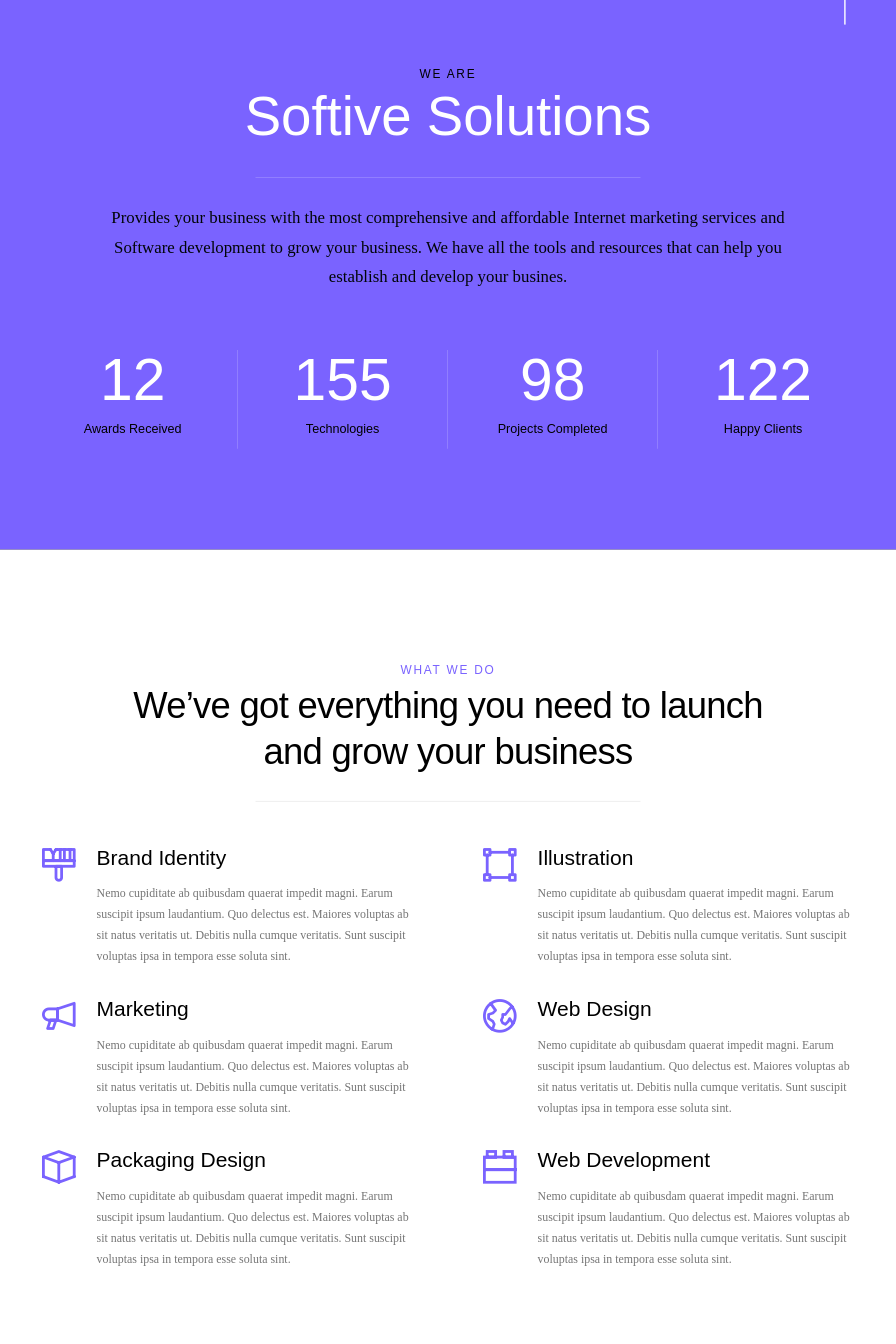
Repository: ahsankalim09/light-Agency
Page: index.html
An editor plug-in stored every save of this project. The page is shown before and after the next save, followed by the edit.
The browser window is 1280 px wide. The pictures show the part of the page from y = 853 to 2773 px (the page is 8363 px tall before and 8360 px after), at 70% of full size.
Some web fonts or font styles are not loaded; a fallback is used.

Above is the page before, as saved 2020-12-27 19:29:13.

### index.html
<!DOCTYPE html>
<!--[if lt IE 9 ]><html class="no-js oldie" lang="en"> <![endif]-->
<!--[if IE 9 ]><html class="no-js oldie ie9" lang="en"> <![endif]-->
<!--[if (gte IE 9)|!(IE)]><!-->
<html class="no-js" lang="en">
<!--<![endif]-->

<!-- Mirrored from preview.colorlib.com/theme/Softive Solutions/ by HTTrack Website Copier/3.x [XR&CO'2014], Sun, 27 Dec 2020 13:01:51 GMT -->
<head>

<meta charset="utf-8">
<title>Softive Solutions</title>
<meta name="description" content="">
<meta name="author" content="">

<meta name="viewport" content="width=device-width, initial-scale=1">

<link rel="stylesheet" href="css/base.css">
<link rel="stylesheet" href="css/vendor.css">
<link rel="stylesheet" href="css/main.css">

<script src="js/modernizr.js"></script>
<script src="js/pace.min.js"></script>

<link rel="shortcut icon" href="favicon.ico" type="image/x-icon">
<link rel="icon" href="favicon.ico" type="image/x-icon">
</head>
<body id="top">

<header class="s-header">
<div class="header-logo">
<a class="site-logo" href="index-2.html">
<img src="images/logo.png" alt="Homepage">
</a>
</div>
<nav class="header-nav">
<a href="#0" class="header-nav__close" title="close"><span>Close</span></a>
<div class="header-nav__content">
<h3>Navigation</h3>
<ul class="header-nav__list">
<li class="current"><a class="smoothscroll" href="#home" title="home">Home</a></li>
<li><a class="smoothscroll" href="#about" title="about">About</a></li>
<li><a class="smoothscroll" href="#services" title="services">Services</a></li>
<li><a class="smoothscroll" href="#works" title="works">Works</a></li>
<li><a class="smoothscroll" href="#clients" title="clients">Clients</a></li>
<li><a class="smoothscroll" href="#contact" title="contact">Contact</a></li>
</ul>
<p>Perspiciatis hic praesentium nesciunt. Et neque a dolorum <a href='#0'>voluptatem</a> porro iusto sequi veritatis libero enim. Iusto id suscipit veritatis neque reprehenderit.</p>
<ul class="header-nav__social">
<li>
<a href="#"><i class="fa fa-facebook"></i></a>
</li>
<li>
<a href="#"><i class="fa fa-twitter"></i></a>
</li>
<li>
<a href="#"><i class="fa fa-instagram"></i></a>
</li>
<li>
<a href="#"><i class="fa fa-behance"></i></a>
</li>
<li>
<a href="#"><i class="fa fa-dribbble"></i></a>
</li>
</ul>
</div>
</nav>
<a class="header-menu-toggle" href="#0">
<span class="header-menu-text">Menu</span>
<span class="header-menu-icon"></span>
</a>
</header>

<section id="home" class="s-home target-section" data-parallax="scroll" data-image-src="images/hero-bg.jpg" data-natural-width=3000 data-natural-height=2000 data-position-y=center>
<div class="overlay"></div>
<div class="shadow-overlay"></div>
<div class="home-content">
<div class="row home-content__main">
<h3>Welcome to Softive Solutions</h3>
<h2 style="color: white;">
We are a creative group <br>
Influential brands and digital experiences <br>
for Website, Desktop and mobile applications.
</h2 >
<div class="home-content__buttons">
<a href="#contact" class="smoothscroll btn btn--stroke">
Start a Project
</a>
<a href="#about" class="smoothscroll btn btn--stroke">
More About Us
</a>
</div>
</div>
<div class="home-content__scroll">
<a href="#about" class="scroll-link smoothscroll">
<span>Scroll Down</span>
</a>
</div>
<div class="home-content__line"></div>
</div>
<ul class="home-social">
<li>
<a href="#0"><i class="fa fa-facebook" aria-hidden="true"></i><span>Facebook</span></a>
</li>
<li>
<a href="#0"><i class="fa fa-twitter" aria-hidden="true"></i><span>Twiiter</span></a>
</li>
<li>
<a href="#0"><i class="fa fa-instagram" aria-hidden="true"></i><span>Instagram</span></a>
</li>
<li>
<a href="#0"><i class="fa fa-behance" aria-hidden="true"></i><span>Behance</span></a>
</li>
<li>
<a href="#0"><i class="fa fa-dribbble" aria-hidden="true"></i><span>Dribbble</span></a>
</li>
</ul>

</section>

<section id='about' class="s-about">
<div class="row section-header has-bottom-sep" data-aos="fade-up">
<div class="col-full">
<h3 class="subhead subhead--dark">We Are</h3>
<h2 class="display-1 display-1--light">Softive Solutions</h2>
</div>
</div>
<div class="row about-desc" data-aos="fade-up">
<div class="col-full">
<p>
    Provides your business with the most comprehensive and affordable Internet marketing services and Software development to grow your business. We have all the tools and resources that can help you establish and develop your busines.
</p>
</div>
</div>
<div class="row about-stats stats block-1-4 block-m-1-2 block-mob-full" data-aos="fade-up">
<div class="col-block stats__col ">
<div class="stats__count">12</div>
<h5>Awards Received</h5>
</div>
<div class="col-block stats__col">
<div class="stats__count">155</div>
<h5>Technologies</h5>
</div>
<div class="col-block stats__col">
<div class="stats__count">98</div>
<h5>Projects Completed</h5>
</div>
<div class="col-block stats__col">
<div class="stats__count">122</div>
<h5>Happy Clients</h5>
</div>
</div>
<div class="about__line"></div>
</section>

<section id='services' class="s-services">
<div class="row section-header has-bottom-sep" data-aos="fade-up">
<div class="col-full">
<h3 class="subhead">What We Do</h3>
<h1 class="display-2">We’ve got everything you need to launch and grow your business</h1>
</div>
</div>
<div class="row services-list block-1-2 block-tab-full">
<div class="col-block service-item" data-aos="fade-up">
<div class="service-icon">
<i class="icon-paint-brush"></i>
</div>
<div class="service-text">
<h3 class="h2">Brand Identity</h3>
<p>Nemo cupiditate ab quibusdam quaerat impedit magni. Earum suscipit ipsum laudantium.
Quo delectus est. Maiores voluptas ab sit natus veritatis ut. Debitis nulla cumque veritatis.
Sunt suscipit voluptas ipsa in tempora esse soluta sint.
</p>
</div>
</div>
<div class="col-block service-item" data-aos="fade-up">
<div class="service-icon">
<i class="icon-group"></i>
</div>
<div class="service-text">
<h3 class="h2">Illustration</h3>
<p>Nemo cupiditate ab quibusdam quaerat impedit magni. Earum suscipit ipsum laudantium.
Quo delectus est. Maiores voluptas ab sit natus veritatis ut. Debitis nulla cumque veritatis.
Sunt suscipit voluptas ipsa in tempora esse soluta sint.
</p>
</div>
</div>
<div class="col-block service-item" data-aos="fade-up">
<div class="service-icon">
<i class="icon-megaphone"></i>
</div>
<div class="service-text">
<h3 class="h2">Marketing</h3>
<p>Nemo cupiditate ab quibusdam quaerat impedit magni. Earum suscipit ipsum laudantium.
Quo delectus est. Maiores voluptas ab sit natus veritatis ut. Debitis nulla cumque veritatis.
Sunt suscipit voluptas ipsa in tempora esse soluta sint.
</p>
</div>
</div>
<div class="col-block service-item" data-aos="fade-up">
<div class="service-icon">
<i class="icon-earth"></i>
</div>
<div class="service-text">
<h3 class="h2">Web Design</h3>
<p>Nemo cupiditate ab quibusdam quaerat impedit magni. Earum suscipit ipsum laudantium.
Quo delectus est. Maiores voluptas ab sit natus veritatis ut. Debitis nulla cumque veritatis.
Sunt suscipit voluptas ipsa in tempora esse soluta sint.
</p>
</div>
</div>
<div class="col-block service-item" data-aos="fade-up">
<div class="service-icon">
<i class="icon-cube"></i>
</div>
<div class="service-text">
<h3 class="h2">Packaging Design</h3>
<p>Nemo cupiditate ab quibusdam quaerat impedit magni. Earum suscipit ipsum laudantium.
Quo delectus est. Maiores voluptas ab sit natus veritatis ut. Debitis nulla cumque veritatis.
Sunt suscipit voluptas ipsa in tempora esse soluta sint.
</p>
</div>
</div>
<div class="col-block service-item" data-aos="fade-up">
<div class="service-icon"><i class="icon-lego-block"></i></div>
<div class="service-text">
<h3 class="h2">Web Development</h3>
<p>Nemo cupiditate ab quibusdam quaerat impedit magni. Earum suscipit ipsum laudantium.
Quo delectus est. Maiores voluptas ab sit natus veritatis ut. Debitis nulla cumque veritatis.
Sunt suscipit voluptas ipsa in tempora esse soluta sint.
</p>
</div>
</div>
</div>
</section>

<section id='works' class="s-works">
<div class="intro-wrap">
<div class="row section-header has-bottom-sep light-sep" data-aos="fade-up">
<div class="col-full">
<h3 class="subhead">Recent Works</h3>
<h1 class="display-2 display-2--light">We love what we do, check out some of our latest works</h1>
</div>
</div>
</div>
<div class="row works-content">
<div class="col-full masonry-wrap">
<div class="masonry">
<div class="masonry__brick" data-aos="fade-up">
<div class="item-folio">
<div class="item-folio__thumb">
<a href="images/portfolio/gallery/g-shutterbug.jpg" class="thumb-link" title="Shutterbug" data-size="1050x700">
<img src="images/portfolio/lady-shutterbug.jpg" srcset="images/portfolio/lady-shutterbug.jpg 1x, images/portfolio/lady-shutterbug@2x.jpg 2x" alt="">
</a>
</div>
<div class="item-folio__text">
<h3 class="item-folio__title">
Shutterbug
</h3>
<p class="item-folio__cat">
Branding
</p>
</div>
<a href="https://www.behance.net/" class="item-folio__project-link" title="Project link">
<i class="icon-link"></i>
</a>
<div class="item-folio__caption">
<p>Vero molestiae sed aut natus excepturi. Et tempora numquam. Temporibus iusto quo.Unde dolorem corrupti neque nisi.</p>
</div>
</div>
</div>
<div class="masonry__brick" data-aos="fade-up">
<div class="item-folio">
<div class="item-folio__thumb">
<a href="images/portfolio/gallery/g-woodcraft.jpg" class="thumb-link" title="Woodcraft" data-size="1050x700">
<img src="images/portfolio/woodcraft.jpg" srcset="images/portfolio/woodcraft.jpg 1x, images/portfolio/woodcraft@2x.jpg 2x" alt="">
</a>
</div>
<div class="item-folio__text">
<h3 class="item-folio__title">
Woodcraft
</h3>
<p class="item-folio__cat">
Web Design
</p>
</div>
<a href="https://www.behance.net/" class="item-folio__project-link" title="Project link">
<i class="icon-link"></i>
</a>
<div class="item-folio__caption">
<p>Vero molestiae sed aut natus excepturi. Et tempora numquam. Temporibus iusto quo.Unde dolorem corrupti neque nisi.</p>
</div>
</div>
</div>
<div class="masonry__brick" data-aos="fade-up">
<div class="item-folio">
<div class="item-folio__thumb">
<a href="images/portfolio/gallery/g-beetle.jpg" class="thumb-link" title="The Beetle Car" data-size="1050x700">
<img src="images/portfolio/the-beetle.jpg" srcset="images/portfolio/the-beetle.jpg 1x, images/portfolio/the-beetle@2x.jpg 2x" alt="">
</a>
</div>
<div class="item-folio__text">
<h3 class="item-folio__title">
The Beetle
</h3>
<p class="item-folio__cat">
Web Development
</p>
</div>
<a href="https://www.behance.net/" class="item-folio__project-link" title="Project link">
<i class="icon-link"></i>
</a>
<div class="item-folio__caption">
<p>Vero molestiae sed aut natus excepturi. Et tempora numquam. Temporibus iusto quo.Unde dolorem corrupti neque nisi.</p>
</div>
</div>
</div>
<div class="masonry__brick" data-aos="fade-up">
<div class="item-folio">
<div class="item-folio__thumb">
<a href="images/portfolio/gallery/g-grow-green.jpg" class="thumb-link" title="Grow Green" data-size="1050x700">
<img src="images/portfolio/grow-green.jpg" srcset="images/portfolio/grow-green.jpg 1x, images/portfolio/grow-green@2x.jpg 2x" alt="">
</a>
</div>
<div class="item-folio__text">
<h3 class="item-folio__title">
Grow Green
</h3>
<p class="item-folio__cat">
Branding
</p>
</div>
<a href="https://www.behance.net/" class="item-folio__project-link" title="Project link">
<i class="icon-link"></i>
</a>
<div class="item-folio__caption">
<p>Vero molestiae sed aut natus excepturi. Et tempora numquam. Temporibus iusto quo.Unde dolorem corrupti neque nisi.</p>
</div>
</div>
</div>
<div class="masonry__brick" data-aos="fade-up">
<div class="item-folio">
<div class="item-folio__thumb">
<a href="images/portfolio/gallery/g-guitarist.jpg" class="thumb-link" title="Guitarist" data-size="1050x700">
<img src="images/portfolio/guitarist.jpg" srcset="images/portfolio/guitarist.jpg 1x, images/portfolio/guitarist@2x.jpg 2x" alt="">
</a>
</div>
<div class="item-folio__text">
<h3 class="item-folio__title">
Guitarist
</h3>
<p class="item-folio__cat">
Web Design
</p>
</div>
<a href="https://www.behance.net/" class="item-folio__project-link" title="Project link">
<i class="icon-link"></i>
</a>
<div class="item-folio__caption">
<p>Vero molestiae sed aut natus excepturi. Et tempora numquam. Temporibus iusto quo.Unde dolorem corrupti neque nisi.</p>
</div>
</div>
</div>
<div class="masonry__brick" data-aos="fade-up">
<div class="item-folio">
<div class="item-folio__thumb">
<a href="images/portfolio/gallery/g-palmeira.jpg" class="thumb-link" title="Palmeira" data-size="1050x700">
<img src="images/portfolio/palmeira.jpg" srcset="images/portfolio/palmeira.jpg 1x, images/portfolio/palmeira@2x.jpg 2x" alt="">
 </a>
</div>
<div class="item-folio__text">
<h3 class="item-folio__title">
Palmeira
</h3>
<p class="item-folio__cat">
Web Design
</p>
</div>
<a href="https://www.behance.net/" class="item-folio__project-link" title="Project link">
<i class="icon-link"></i>
</a>
<div class="item-folio__caption">
<p>Vero molestiae sed aut natus excepturi. Et tempora numquam. Temporibus iusto quo.Unde dolorem corrupti neque nisi.</p>
</div>
</div>
</div>
</div>
</div>
</div>
</section>

<section id="clients" class="s-clients">
<div class="row section-header" data-aos="fade-up">
<div class="col-full">
<h3 class="subhead">Our Clients</h3>
<h1 class="display-2">Softive Solutions has been honored to
partner up with these clients</h1>
</div>
</div>
<div class="row clients-outer" data-aos="fade-up">
<div class="col-full">
<div class="clients">
<a href="#0" title="" class="clients__slide"><img src="images/clients/apple.png" /></a>
<a href="#0" title="" class="clients__slide"><img src="images/clients/atom.png" /></a>
<a href="#0" title="" class="clients__slide"><img src="images/clients/blackberry.png" /></a>
<a href="#0" title="" class="clients__slide"><img src="images/clients/dropbox.png" /></a>
<a href="#0" title="" class="clients__slide"><img src="images/clients/envato.png" /></a>
<a href="#0" title="" class="clients__slide"><img src="images/clients/firefox.png" /></a>
<a href="#0" title="" class="clients__slide"><img src="images/clients/joomla.png" /></a>
<a href="#0" title="" class="clients__slide"><img src="images/clients/magento.png" /></a>
</div>
</div>
</div>
<div class="row clients-testimonials" data-aos="fade-up">
<div class="col-full">
<div class="testimonials">
<div class="testimonials__slide">
<p>Qui ipsam temporibus quisquam vel. Maiores eos cumque distinctio nam accusantium ipsum.
Laudantium quia consequatur molestias delectus culpa facere hic dolores aperiam. Accusantium quos qui praesentium corpori.
Excepturi nam cupiditate culpa doloremque deleniti repellat.</p>
<img src="images/avatars/user-01.jpg" alt="Author image" class="testimonials__avatar">
<div class="testimonials__info">
<span class="testimonials__name">Tim Cook</span>
<span class="testimonials__pos">CEO, Apple</span>
</div>
</div>
<div class="testimonials__slide">
<p>Excepturi nam cupiditate culpa doloremque deleniti repellat. Veniam quos repellat voluptas animi adipisci.
Nisi eaque consequatur. Quasi voluptas eius distinctio. Atque eos maxime. Qui ipsam temporibus quisquam vel.</p>
<img src="images/avatars/user-05.jpg" alt="Author image" class="testimonials__avatar">
<div class="testimonials__info">
<span class="testimonials__name">Sundar Pichai</span>
<span class="testimonials__pos">CEO, Google</span>
</div>
</div>
<div class="testimonials__slide">
<p>Repellat dignissimos libero. Qui sed at corrupti expedita voluptas odit. Nihil ea quia nesciunt. Ducimus aut sed ipsam.
Autem eaque officia cum exercitationem sunt voluptatum accusamus. Quasi voluptas eius distinctio.</p>
<img src="images/avatars/user-02.jpg" alt="Author image" class="testimonials__avatar">
<div class="testimonials__info">
<span class="testimonials__name">Satya Nadella</span>
<span class="testimonials__pos">CEO, Microsoft</span>
</div>
</div>
</div>
</div>
</div>
</section>

<section id="contact" class="s-contact">
<div class="overlay"></div>
<div class="contact__line"></div>
<div class="row section-header" data-aos="fade-up">
<div class="col-full">
<h3 class="subhead">Contact Us</h3>
<h1 class="display-2 display-2--light">Reach out for a new project or just say hello</h1>
</div>
</div>
<div class="row contact-content" data-aos="fade-up">
<div class="contact-primary">
<h3 class="h6">Send Us A Message</h3>
<form name="contactForm" id="contactForm" method="post" action="#" novalidate="novalidate">
<fieldset>
<div class="form-field">
<input name="contactName" type="text" id="contactName" placeholder="Your Name" value="" minlength="2" required="" aria-required="true" class="full-width">
</div>
<div class="form-field">
<input name="contactEmail" type="email" id="contactEmail" placeholder="Your Email" value="" required="" aria-required="true" class="full-width">
</div>
<div class="form-field">
<input name="contactSubject" type="text" id="contactSubject" placeholder="Subject" value="" class="full-width">
</div>
<div class="form-field">
<textarea name="contactMessage" id="contactMessage" placeholder="Your Message" rows="10" cols="50" required="" aria-required="true" class="full-width"></textarea>
</div>
<div class="form-field">
<button class="full-width btn--primary">Submit</button>
<div class="submit-loader">
<div class="text-loader">Sending...</div>
<div class="s-loader">
<div class="bounce1"></div>
<div class="bounce2"></div>
<div class="bounce3"></div>
</div>
</div>
</div>
</fieldset>
</form>

<div class="message-warning">
Something went wrong. Please try again.
</div>

 <div class="message-success">
Your message was sent, thank you!<br>
</div>
</div>
<div class="contact-secondary">
<div class="contact-info">
<h3 class="h6 hide-on-fullwidth">Contact Info</h3>
<div class="cinfo">
<h5>Where to Find Us</h5>
<p>
1600 Amphitheatre Parkway<br>
Mountain View, CA<br>
94043 US
</p>
</div>
<div class="cinfo">
<h5>Email Us At</h5>
<p>
<a href="https://preview.colorlib.com/cdn-cgi/l/email-protection" class="__cf_email__" data-cfemail="15767a7b617476615572797c7b61667c61703b767a78">[email&#160;protected]</a><br>
<a href="https://preview.colorlib.com/cdn-cgi/l/email-protection" class="__cf_email__" data-cfemail="4e272028210e292227203a3d273a2b602d2123">[email&#160;protected]</a>
</p>
</div>
<div class="cinfo">
<h5>Call Us At</h5>
<p>
Phone: (+63) 555 1212<br>
Mobile: (+63) 555 0100<br>
Fax: (+63) 555 0101
</p>
</div>
<ul class="contact-social">
<li>
<a href="#"><i class="fa fa-facebook" aria-hidden="true"></i></a>
</li>
<li>
<a href="#"><i class="fa fa-twitter" aria-hidden="true"></i></a>
</li>
<li>
<a href="#"><i class="fa fa-instagram" aria-hidden="true"></i></a>
</li>
<li>
<a href="#"><i class="fa fa-behance" aria-hidden="true"></i></a>
</li>
<li>
<a href="#"><i class="fa fa-dribbble" aria-hidden="true"></i></a>
</li>
</ul>
</div>
</div>
</div>
</section>

<footer>
<div class="row footer-main">
<div class="col-six tab-full left footer-desc">
<div class="footer-logo"></div>
Proin eget tortor risus. Mauris blandit aliquet elit, eget tincidunt nibh pulvinar a. Praesent sapien massa, convallis a pellentesque nec, egestas non nisi. Mauris blandit aliquet elit, eget tincidunt nibh pulvinar a. Nulla porttitor accumsan tincidunt. Nulla porttitor accumsan tincidunt. Quaerat voluptas autem necessitatibus vitae aut.
</div>
<div class="col-six tab-full right footer-subscribe">
<h4>Get Notified</h4>
<p>Quia quo qui sed odit. Quaerat voluptas autem necessitatibus vitae aut non alias sed quia. Ut itaque enim optio ut excepturi deserunt iusto porro.</p>
<div class="subscribe-form">
<form id="mc-form" class="group" novalidate="true">
<input type="email" value="" name="EMAIL" class="email" id="mc-email" placeholder="Email Address" required="">
<input type="submit" name="subscribe" value="Subscribe">
<label for="mc-email" class="subscribe-message"></label>
</form>
</div>
</div>
</div>
<div class="row footer-bottom">
<div class="col-twelve">
<div class="copyright">
<span>© Copyright Softive Solutions 2021</span>
</div>
<div class="go-top">
<a class="smoothscroll" title="Back to Top" href="#top"><i class="icon-arrow-up" aria-hidden="true"></i></a>
</div>
</div>
</div>
</footer>

<div aria-hidden="true" class="pswp" role="dialog" tabindex="-1">
<div class="pswp__bg"></div>
<div class="pswp__scroll-wrap">
<div class="pswp__container">
<div class="pswp__item"></div>
<div class="pswp__item"></div>
<div class="pswp__item"></div>
</div>
<div class="pswp__ui pswp__ui--hidden">
<div class="pswp__top-bar">
<div class="pswp__counter"></div><button class="pswp__button pswp__button--close" title="Close (Esc)"></button> <button class="pswp__button pswp__button--share" title="Share"></button> <button class="pswp__button pswp__button--fs" title="Toggle fullscreen"></button> <button class="pswp__button pswp__button--zoom" title="Zoom in/out"></button>
<div class="pswp__preloader">
<div class="pswp__preloader__icn">
<div class="pswp__preloader__cut">
<div class="pswp__preloader__donut"></div>
</div>
</div>
</div>
</div>
<div class="pswp__share-modal pswp__share-modal--hidden pswp__single-tap">
<div class="pswp__share-tooltip"></div>
</div><button class="pswp__button pswp__button--arrow--left" title="Previous (arrow left)"></button> <button class="pswp__button pswp__button--arrow--right" title="Next (arrow right)"></button>
<div class="pswp__caption">
<div class="pswp__caption__center"></div>
</div>
</div>
</div>
</div>

<div id="preloader">
<div id="loader">
<div class="line-scale-pulse-out">
<div></div>
<div></div>
<div></div>
<div></div>
<div></div>
</div>
</div>
</div>

<script data-cfasync="false" src="../../cdn-cgi/scripts/5c5dd728/cloudflare-static/email-decode.min.js"></script><script src="js/jquery-3.2.1.min.js"></script>
<script src="js/plugins.js"></script>
<script src="js/main.js"></script>
</body>

<!-- Mirrored from preview.colorlib.com/theme/Softive Solutions/ by HTTrack Website Copier/3.x [XR&CO'2014], Sun, 27 Dec 2020 13:02:02 GMT -->
</html>

Loaded but not shown: css/base.css (library); css/vendor.css (library); js/modernizr.js (library); js/pace.min.js (library); css/font-awesome/css/font-awesome.min.css (library); css/micons/micons.css (library); js/jquery-3.2.1.min.js (library); js/plugins.js (library); js/main.js (library); css/main.css (2964 lines, source omitted)

After the next save:
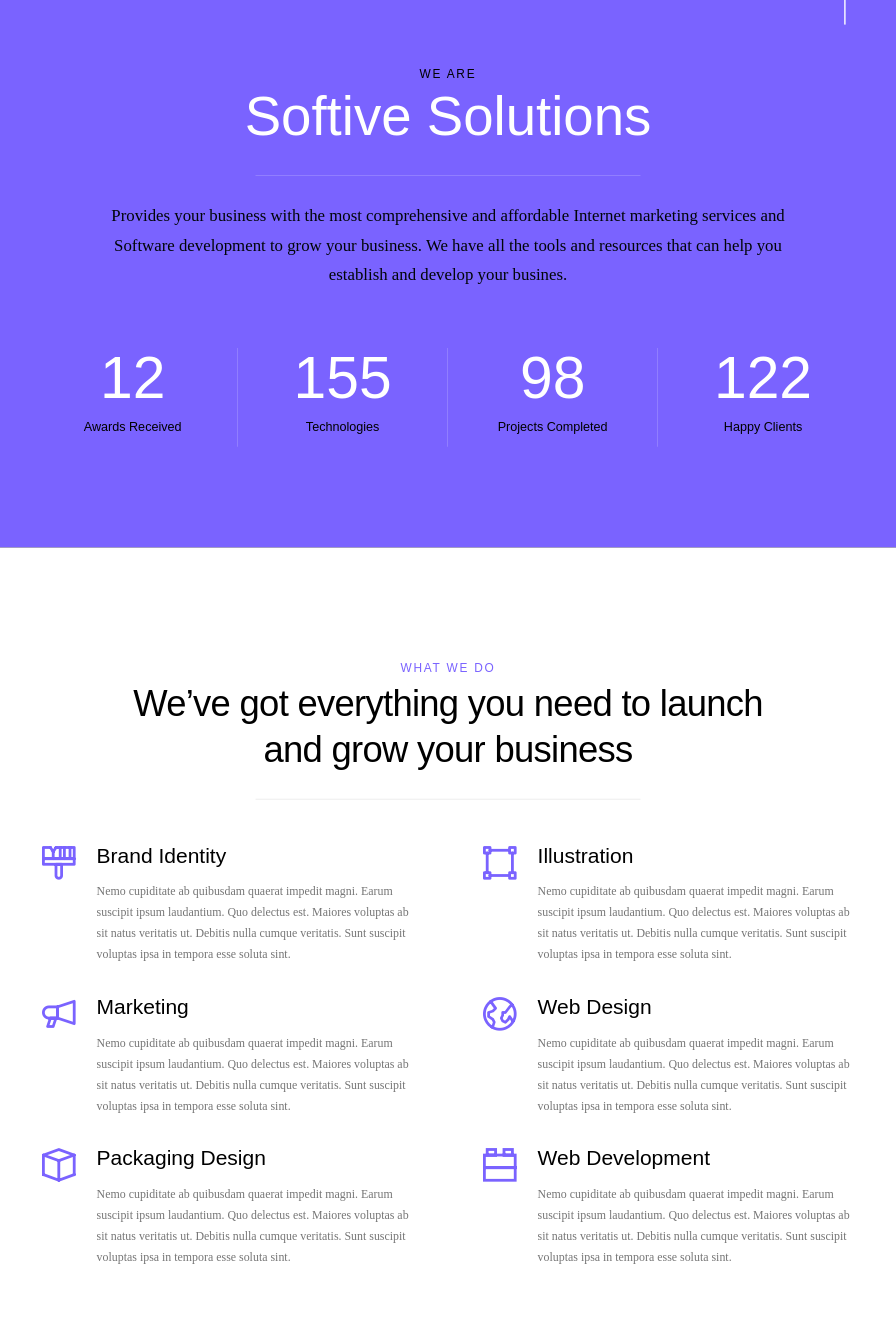
Saved 28 s later.
--- a/index.html
+++ b/index.html
@@ -122,7 +122,7 @@ More About Us
 <div class="row section-header has-bottom-sep" data-aos="fade-up">
 <div class="col-full">
 <h3 class="subhead subhead--dark">We Are</h3>
-<h2 class="display-1 display-1--light">Softive Solutions</h2>
+<h5 class="display-1 display-1--light">Softive Solutions</h5>
 </div>
 </div>
 <div class="row about-desc" data-aos="fade-up">
